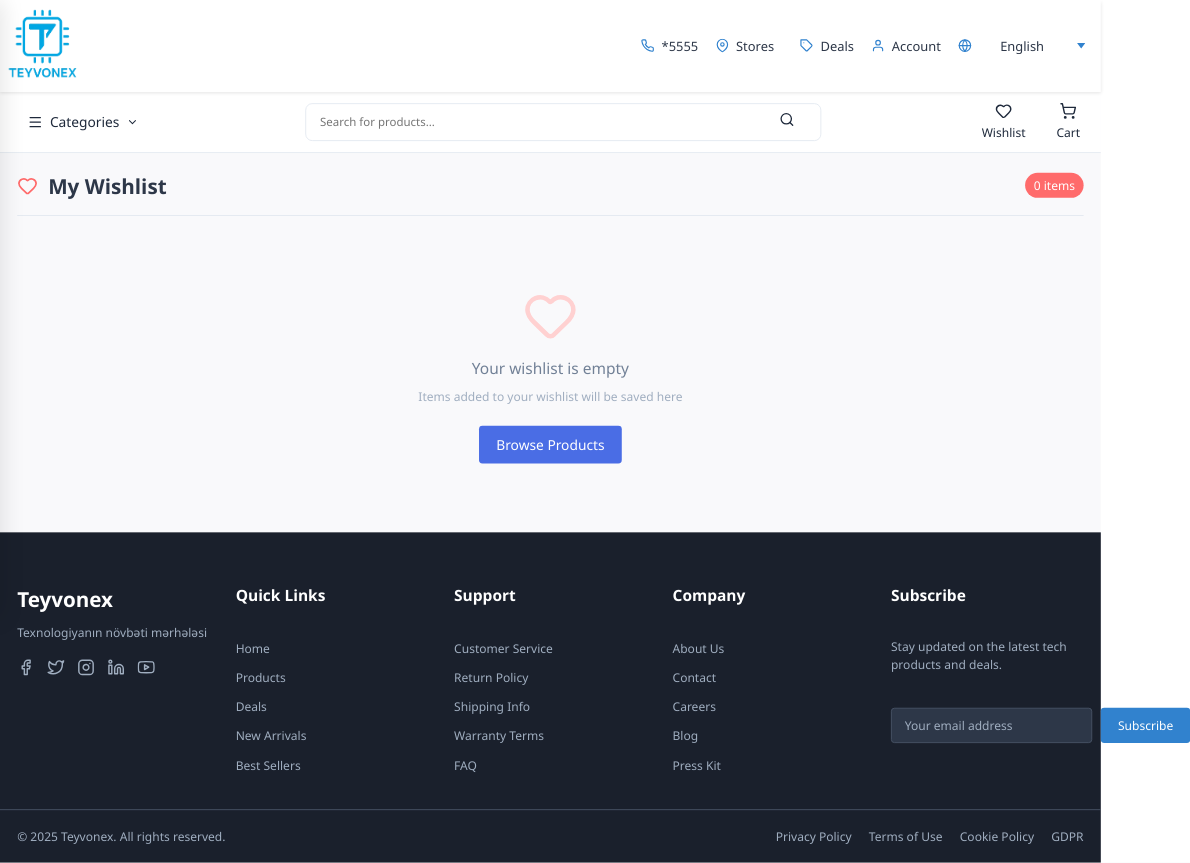
Repository: ferhadsultan98/e-commerce
Page: /wishlist
The author's editor kept a copy of each file at every save. The page is drawn from the files as they stood at one save, then again after a run of saves.
The browser window is 1280 px wide. The page is 1384 px wide, so the pictures cover 1384 px, including what lies to the right of the window. The pictures show the whole page, at 86% of full size.
The project was rebuilt for these pictures with package versions that can differ from the ones it lists, and the page was loaded fresh each time. Also part of the build but not shown: vite.config.js, src/admin/Components/AdminLogin/AdminLogin.scss, src/admin/Components/AdminLogin/AdminLogin.jsx, src/client/Pages/Products/ProductCard.jsx, src/client/Pages/Products/Products.jsx, src/client/Styles/TechSlider.scss, src/client/Pages/TechSlider/TechSlider.jsx, src/client/Styles/ProductFeatures.scss and 35 more.

Above is the page before, as saved 2025-04-26 20:02:09.

### index.html
<!doctype html>
<html lang="en">
  <head>
    <meta charset="UTF-8" />
<link rel="shortcut icon" href="/src/client/Assets/bluelogo.png" type="image/x-icon">
    <meta name="viewport" content="width=device-width, initial-scale=1.0" />
    <title>Teyvonex</title>
  </head>
  <body>
    <div id="root"></div>
    <script type="module" src="/src/main.jsx"></script>
  </body>
</html>

### src/App.jsx
import React, { useState, useEffect } from "react";
import "./App.scss";
import Router from "./Router";
import ChatWidget from "./client/Components/Chat/ChatWidget";
import ScrollButton from "./client/Components/ScrollButton/ScrollButton";
import { ToastContainer } from "react-toastify";
import 'react-toastify/dist/ReactToastify.css';

function App() {
  const [isAuthenticated, setIsAuthenticated] = useState(
    sessionStorage.getItem("isAuthenticated") === "true"
  );
  const [isAdmin, setIsAdmin] = useState(
    sessionStorage.getItem("isAdmin") === "true"
  );

  useEffect(() => {
    sessionStorage.setItem("isAuthenticated", isAuthenticated.toString());
    sessionStorage.setItem("isAdmin", isAdmin.toString());
  }, [isAuthenticated, isAdmin]);

  const handleLogin = (admin = false) => {
    setIsAuthenticated(true);
    if (admin) {
      setIsAdmin(true);
    }
  };

  const handleLogout = () => {
    setIsAuthenticated(false);
    setIsAdmin(false);
    sessionStorage.removeItem("isAuthenticated");
    sessionStorage.removeItem("isAdmin");
  };

  return (
    <>
      <Router
        isAuthenticated={isAuthenticated}
        isAdmin={isAdmin}
        handleLogin={handleLogin}
        handleLogout={handleLogout}
      />

      <ScrollButton />
      <ToastContainer />
    </>
  );
}

export default App;

### src/App.scss
*{
  margin: 0;
  padding: 0;
  box-sizing: border-box;
  font-family: 'Segoe UI', Tahoma, Geneva, Verdana, sans-serif;
}
body{
  background-color: #f5f7fa;
}

### src/client/Components/ScrollButton/ScrollButton.jsx
import React, { useState, useEffect } from "react";
import "../../Styles/ScrollButton.scss";
import { FaChevronUp } from "react-icons/fa";

const ScrollButton = () => {
  const [isVisible, setIsVisible] = useState(false);

  // Butonun görünürlüğünü kontrol et
  useEffect(() => {
    const toggleVisibility = () => {
      if (window.pageYOffset > 300) {
        setIsVisible(true);
      } else {
        setIsVisible(false);
      }
    };

    window.addEventListener("scroll", toggleVisibility);
    return () => window.removeEventListener("scroll", toggleVisibility);
  }, []);

  const scrollToTop = () => {
    const scrollStep = (timestamp) => {
      const start = performance.now();
      const duration = 800; // Animasyon süresi (ms)
      const easeInOutQuad = (t) => (t < 0.5 ? 2 * t * t : -1 + (4 - 2 * t) * t);

      const step = () => {
        const progress = Math.min((performance.now() - start) / duration, 1);
        const easing = easeInOutQuad(progress);
        window.scrollTo(0, (1 - easing) * window.pageYOffset);

        if (progress < 1) {
          requestAnimationFrame(step);
        }
      };

      requestAnimationFrame(step);
    };

    requestAnimationFrame(scrollStep);
  };

  return (
    <>
      {isVisible && (
        <button className="scroll-to-top" onClick={scrollToTop}>
          <FaChevronUp />
        </button>
      )}
    </>
  );
};

export default ScrollButton;

### src/client/Components/Layout/Layout.jsx
// Layout.jsx
import React from 'react';
import TopHeader from '../Header/TopHeader';
import BottomHeader from '../Header/BottomHeader';
import Footer from '../Footer/Footer';

const Layout = ({ children, onLogout, wishlistItems, cartItems, onAddToWishlist, onAddToCart }) => {
  return (
    <>
      <TopHeader onLogout={onLogout} />
      <BottomHeader
        wishlistItems={wishlistItems}
        cartItems={cartItems}
        onAddToWishlist={onAddToWishlist}
        onAddToCart={onAddToCart}
      />
      {children}
      <Footer />
    </>
  );
};

export default Layout;

### src/client/Components/ScrollToTop/ScrollToTop.jsx
import { useEffect } from "react";
import { useLocation } from "react-router-dom";

function ScrollToTop() {
  const { pathname } = useLocation();

  useEffect(() => {
    window.scrollTo({
      top: "0",
      behavior: "smooth",
    });
  }, [pathname]);

  return null;
}

export default ScrollToTop;

### src/client/Components/Header/TopHeader.jsx
import React, { useState } from "react";
import { FiPhone, FiMapPin, FiTag, FiGlobe, FiUser, FiMenu, FiX } from "react-icons/fi";
import "../../Styles/TopHeader.scss"
import logo from "../../Assets/bluelogo.png";

const TopHeader = () => {
  const [language, setLanguage] = useState("en");
  const [isMobileMenuOpen, setIsMobileMenuOpen] = useState(false);

  const languages = {
    en: "English",
    az: "Azərbaycan",
    ru: "Русский",
  };

  const toggleMobileMenu = () => {
    setIsMobileMenuOpen(!isMobileMenuOpen);
  };

  return (
    <header className="header">
      <div className="headerContainer">
        {/* Logo */}
        <div className="headerLogo">
          <a href="/">
            <img src={logo} alt="TechTrend Logo" />
          </a>
        </div>

        {/* Desktop Navigation */}
        <nav className="headerNav">
          <div className="headerContact">
            <a href="tel:*5555" className="headerLink">
              <FiPhone size={16} />
              <span>*5555</span>
            </a>
            <a href="/stores" className="headerLink">
              <FiMapPin size={16} />
              <span>Stores</span>
            </a>
          </div>

          <div className="headerUtils">
            <a href="/deals" className="headerLink">
              <FiTag size={16} />
              <span>Deals</span>
            </a>
            <a href="/account" className="headerLink">
              <FiUser size={16} />
              <span>Account</span>
            </a>
            <div className="headerLanguage">
              <FiGlobe size={16} />
              <select
                value={language}
                onChange={(e) => setLanguage(e.target.value)}
              >
                {Object.entries(languages).map(([code, name]) => (
                  <option key={code} value={code}>
                    {name}
                  </option>
                ))}
              </select>
            </div>
          </div>
        </nav>

        {/* Mobile Menu Toggle */}
        <button className="headerMobileToggle" onClick={toggleMobileMenu}>
          {isMobileMenuOpen ? <FiX size={24} /> : <FiMenu size={24} />}
        </button>
      </div>

      {/* Mobile Navigation */}
      <nav className={`headerMobileNav ${isMobileMenuOpen ? "active" : ""}`}>
        <div className="headerMobileContact">
          <a href="tel:*5555" className="headerLink">
            <FiPhone size={16} />
            <span>*5555</span>
          </a>
          <a href="/stores" className="headerLink">
            <FiMapPin size={16} />
            <span>Stores</span>
          </a>
        </div>
        <div className="headerMobileUtils">
          <a href="/deals" className="headerLink">
            <FiTag size={16} />
            <span>Deals</span>
          </a>
          <a href="/account" className="headerLink">
            <FiUser size={16} />
            <span>Account</span>
          </a>
          <div className="headerLanguage">
            <FiGlobe size={16} />
            <select
              value={language}
              onChange={(e) => setLanguage(e.target.value)}
            >
              {Object.entries(languages).map(([code, name]) => (
                <option key={code} value={code}>
                  {name}
                </option>
              ))}
            </select>
          </div>
        </div>
      </nav>
    </header>
  );
};

export default TopHeader;

### src/client/Styles/WishList.scss
// WishList.scss

// Variables
$primary-color: #4a6de5;
$primary-hover: #3a5bd4;
$secondary-color: #f8f9fa;
$accent-color: #ff6b6b;
$text-color: #2d3748;
$border-color: #e2e8f0;
$card-shadow: 0 4px 12px rgba(0, 0, 0, 0.08);
$border-radius: 10px;

.wishlist {
  width: 100%;
  margin: 0 auto;
  max-width: 1420px;
  padding: 20px;
  max-height: 80vh;
  font-family: "Segoe UI", Tahoma, Geneva, Verdana, sans-serif;
  color: $text-color;

  &__header {
    display: flex;
    align-items: center;
    margin-bottom: 24px;
    padding-bottom: 16px;
    border-bottom: 1px solid $border-color;

    svg {
      color: $accent-color;
      margin-right: 12px;
    }
  }

  &__title {
    font-size: 24px;
    font-weight: 600;
    margin: 0;
    flex-grow: 1;
  }

  &__count {
    background-color: $accent-color;
    color: white;
    font-size: 14px;
    font-weight: 500;
    padding: 4px 10px;
    border-radius: 16px;
  }

  &__empty {
    display: flex;
    flex-direction: column;
    align-items: center;
    justify-content: center;
    padding: 60px 0;
    text-align: center;

    svg {
      color: lighten($accent-color, 20%);
      margin-bottom: 16px;
    }
  }

  &__empty-message {
    font-size: 18px;
    font-weight: 500;
    color: #718096;
    margin-bottom: 8px;
  }

  &__empty-description {
    font-size: 14px;
    color: #a0aec0;
    margin-bottom: 24px;
  }

  &__browse-products {
    display: inline-block;
    padding: 10px 20px;
    background-color: $primary-color;
    color: white;
    font-weight: 500;
    text-decoration: none;
    border-radius: 4px;
    transition: background-color 0.2s;

    &:hover {
      background-color: $primary-hover;
    }
  }

  &__content {
    width: 100%;
  }

  &__grid {
    display: grid;
    grid-template-columns: repeat(1, 1fr);
    gap: 20px;

    @media (min-width: 576px) {
      grid-template-columns: repeat(2, 1fr);
    }

    @media (min-width: 992px) {
      grid-template-columns: repeat(3, 1fr);
    }

    @media (min-width: 1200px) {
      grid-template-columns: repeat(4, 1fr);
    }
  }
}

.wishlist-item {
  position: relative;
  background-color: white;
  border-radius: $border-radius;
  overflow: hidden;
  box-shadow: $card-shadow;
  transition: transform 0.2s, box-shadow 0.2s;
  height: 100%;
  display: flex;
  flex-direction: column;

  &:hover {
    transform: translateY(-5px);
    box-shadow: 0 8px 24px rgba(0, 0, 0, 0.12);

    .wishlist-item__remove {
      opacity: 1;
    }
  }

  &__image-wrapper {
    position: relative;
    padding-top: 100%;
    background-color: $secondary-color;
    overflow: hidden;
  }

  &__image {
    position: absolute;
    top: 0;
    left: 0;
    width: 100%;
    height: 100%;
    object-fit: contain;
    padding: 16px;
    transition: transform 0.3s;

    &:hover {
      transform: scale(1.05);
    }
  }

  &__discount {
    position: absolute;
    top: 12px;
    left: 12px;
    background-color: $accent-color;
    color: white;
    font-size: 12px;
    font-weight: 600;
    padding: 4px 8px;
    border-radius: 4px;
    z-index: 1;
  }

  &__remove {
    position: absolute;
    top: 12px;
    right: 12px;
    width: 32px;
    height: 32px;
    display: flex;
    align-items: center;
    justify-content: center;
    background-color: white;
    border-radius: 50%;
    border: none;
    cursor: pointer;
    opacity: 0;
    transition: opacity 0.2s, background-color 0.2s;
    z-index: 2;

    &:hover {
      background-color: $accent-color;

      svg {
        color: white;
      }
    }

    svg {
      color: $accent-color;
      transition: color 0.2s;
    }
  }

  &__content {
    padding: 16px;
    display: flex;
    flex-direction: column;
    flex-grow: 1;
  }

  &__name {
    font-size: 16px;
    font-weight: 600;
    margin: 0 0 12px 0;
    line-height: 1.4;
    display: -webkit-box;
    -webkit-line-clamp: 2;
    -webkit-box-orient: vertical;
    overflow: hidden;
    text-overflow: ellipsis;
    height: 45px;
  }

  &__price-container {
    display: flex;
    align-items: center;
    gap: 8px;
    margin-bottom: 16px;
  }

  &__price {
    font-size: 18px;
    font-weight: 600;
    color: $text-color;
  }

  &__old-price {
    font-size: 14px;
    text-decoration: line-through;
    color: #a0aec0;
  }

  &__actions {
    margin-top: auto;
    display: flex;
    flex-direction: column;
    gap: 8px;
  }

  &__cart-btn,
  &__details-btn {
    display: flex;
    align-items: center;
    justify-content: center;
    gap: 8px;
    padding: 10px;
    border-radius: 6px;
    font-size: 14px;
    font-weight: 500;
    transition: background-color 0.2s;
    text-decoration: none;
    width: 100%;
  }

  &__cart-btn {
    background-color: $primary-color;
    color: white;
    border: none;
    cursor: pointer;

    &:hover {
      background-color: $primary-hover;
    }
  }

  &__details-btn {
    background-color: $secondary-color;
    color: $text-color;
    border: 1px solid $border-color;

    &:hover {
      background-color: darken($secondary-color, 5%);
    }
  }
}
.related-products {
  margin-top: 2rem;
}
.related-products__title {
  font-size: 1.5rem;
  font-weight: bold;
  margin-bottom: 1rem;
}
.related-products__grid {
  display: grid;
  grid-template-columns: repeat(auto-fill, minmax(250px, 1fr));
  gap: 1rem;
}

### src/admin/Components/AdminLayout/AdminLayout.scss
// AdminLayout.scss
@import url("https://fonts.googleapis.com/css2?family=Poppins:wght@300;400;500;600;700&display=swap");
@import url("https://fonts.googleapis.com/icon?family=Material+Icons");

// Değişkenler
$primary-color: #3366ff;
$background-color: #f5f7fb;
$transition: all 0.3s ease;
$sidebar-width: 260px;
$sidebar-closed-width: 70px;

.admin-layout {
  display: flex;
  height: 100vh;
  position: relative;
}

.content-area {
  flex: 1;
  margin-left: $sidebar-width;
  transition: $transition;
  overflow-y: auto;
  padding: 20px;

  &.expanded {
    margin-left: $sidebar-closed-width;
  }
}

@media (max-width: 992px) {
  .content-area {
    margin-left: $sidebar-closed-width;

    &.expanded {
      margin-left: 0;
    }
  }
}

### src/client/Styles/TopHeader.scss
.header {
  width: 100%;
  top: 0;
  background-color: #ffffff;
  box-shadow: 0 2px 4px rgba(0, 0, 0, 0.1);
  position: relative;
}

.headerContainer {
  max-width: 1420px;
  margin: 0 auto;
  padding: 10px;
  display: flex;
  align-items: center;
  justify-content: space-between;
}

.headerLogo {
  display: flex;
  align-items: center;
  width: 80px;

  a {
    display: block;
  }

  img {
    width: 100%;
    height: auto;
    padding: 0;
  }
}

.headerNav {
  display: flex;
  align-items: center;
  gap: 30px;

  @media screen and (max-width: 992px) {
    display: none;
  }
}

.headerContact,
.headerUtils,
.headerMobileContact,
.headerMobileUtils {
  display: flex;
  align-items: center;
  gap: 20px;
}

.headerLink {
  display: flex;
  align-items: center;
  gap: 8px;
  color: #2d3748;
  text-decoration: none;
  font-size: 15px;
  font-weight: 500;
  transition: color 0.3s ease;

  svg {
    color: #3182ce;
  }

  &:hover {
    color: #3182ce;
  }
}

.headerLanguage {
  display: flex;
  align-items: center;
  gap: 8px;
  position: relative;

  svg {
    color: #3182ce;
    z-index: 1;
  }

  select {
    appearance: none;
    background-color: transparent;
    border: none;
    padding: 5px 25px 5px 25px;
    font-size: 15px;
    font-weight: 500;
    color: #2d3748;
    cursor: pointer;
    outline: none;

    &:focus {
      color: #3182ce;
    }
  }

  &::after {
    content: "";
    width: 0.6em;
    height: 0.4em;
    background-color: #3182ce;
    clip-path: polygon(100% 0%, 0 0%, 50% 100%);
    position: absolute;
    right: 8px;
    pointer-events: none;
  }
}

.headerMobileToggle {
  display: none;
  background: none;
  border: none;
  cursor: pointer;
  color: #2d3748;

  @media screen and (max-width: 992px) {
    display: block;
  }
}

.headerMobileNav {
  display: flex;
  opacity: 0;
  transform: translateY(-20px);
  pointer-events: none;
  background-color: #ffffff;
  padding: 20px;
  flex-direction: column;
  gap: 20px;
  box-shadow: 0 4px 6px rgba(0, 0, 0, 0.1);
  transition: opacity 0.3s ease, transform 0.3s ease;
  position: absolute;
  top: 100%;
  left: 0;
  right: 0;
  z-index: 1000;

  &.active {
    opacity: 1;
    transform: translateY(0);
    pointer-events: auto;
  }

  @media screen and (min-width: 993px) {
    display: none;
  }
}

/* Responsive Styles */
@media screen and (max-width: 768px) {
  .headerContainer {
    padding: 10px 15px;
  }

  .headerLogo img {
    width: 50px;
  }

  .headerMobileNav {
    padding: 15px;
  }

  .headerLink {
    font-size: 14px;
  }
}

@media screen and (max-width: 576px) {
  .headerLogo img {
    width: 45px;
  }

  .headerMobileContact,
  .headerMobileUtils {
    flex-direction: column;
    align-items: flex-start;
    gap: 15px;
  }

  .headerLink {
    font-size: 13px;
  }

  .headerLanguage select {
    font-size: 13px;
  }
}

Loaded but not shown: src/main.jsx (common file); src/index.css (common file); src/client/Pages/Products/Products.json (1077 lines, source omitted); src/client/Styles/BottomHeader.scss (493 lines, source omitted); src/client/Components/Header/BottomHeader.jsx (274 lines, source omitted); src/Router.jsx (292 lines, source omitted); src/client/Styles/Products.scss (474 lines, source omitted); src/admin/Pages/AdminProducts/AdminProducts.scss (400 lines, source omitted); src/client/Components/Footer/Footer.jsx (176 lines, source omitted); src/client/Styles/Footer.scss (254 lines, source omitted); src/client/Pages/WishList/WishList.jsx (99 lines, source omitted)

After the next 2 saves:
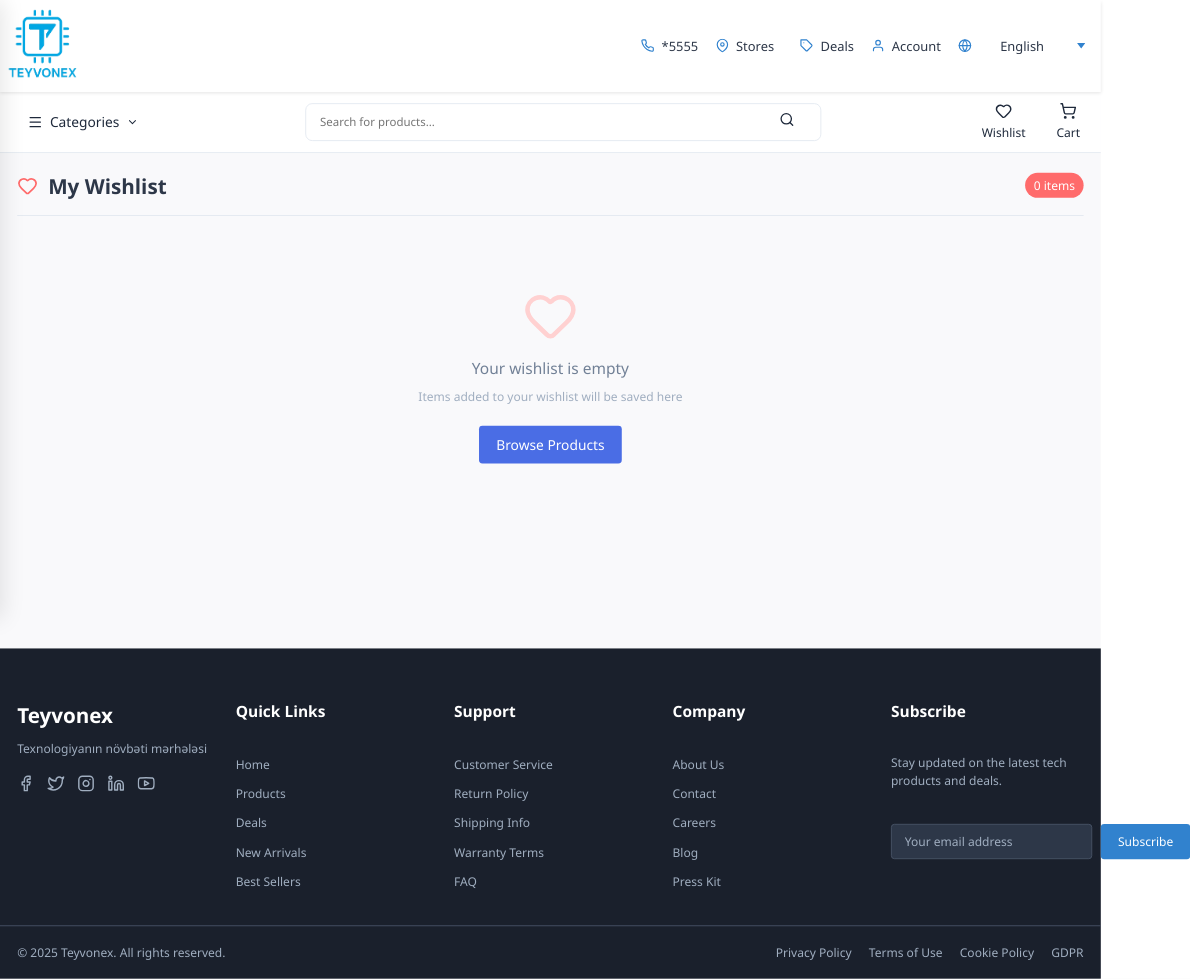
The 2 saves are shown as one change because they came seconds apart.
The last was saved 8 s later.
--- a/src/client/Styles/WishList.scss
+++ b/src/client/Styles/WishList.scss
@@ -15,7 +15,7 @@
   margin: 0 auto;
   max-width: 1420px;
   padding: 20px;
-  max-height: 80vh;
+  height: 80vh;
   font-family: "Segoe UI", Tahoma, Geneva, Verdana, sans-serif;
   color: $text-color;
 

After the save that followed:
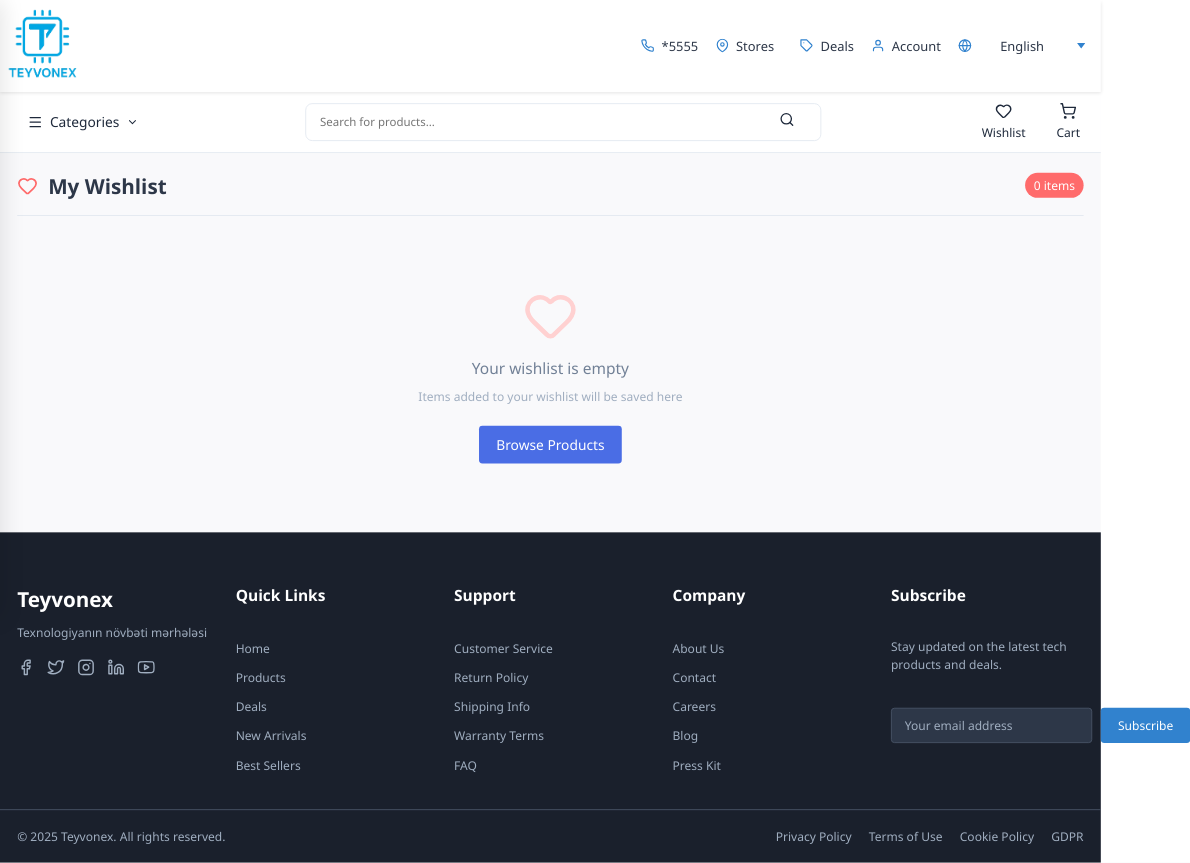
Saved 8 s later.
--- a/src/client/Styles/WishList.scss
+++ b/src/client/Styles/WishList.scss
@@ -15,7 +15,7 @@
   margin: 0 auto;
   max-width: 1420px;
   padding: 20px;
-  height: 80vh;
+  max-height: 80vh;
   font-family: "Segoe UI", Tahoma, Geneva, Verdana, sans-serif;
   color: $text-color;
 
